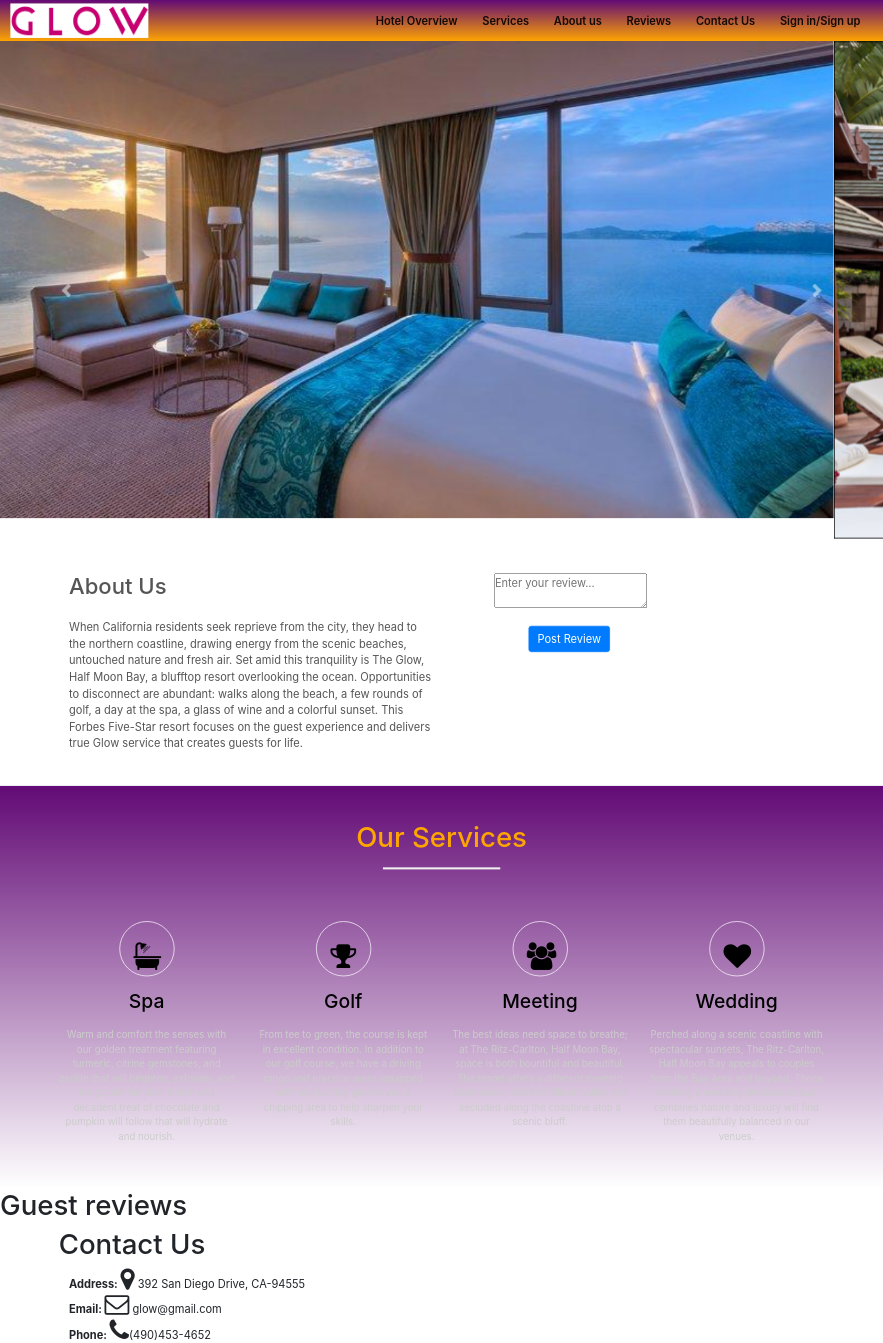
Repository: M-p1998/solo-dojo-project
Page: http://localhost/hotel/WEB-INF/hotel/home.jsp
The author's editor kept a copy of each file at every save. The page is drawn from the files as they stood at one save, then again after the next save.
The browser window is 1280 px wide. The pictures show the whole page, at 69% of full size.
Backgrounds fixed to the window are drawn as part of the page. Some web libraries are served in a nearby version. The page is served by Tomcat 9. Nobody is signed in. The template is opened directly, without the code that normally fills it, so the values that code supplies are empty.

Above is the page before, as saved 2022-02-13 18:08:34.

After the next save:
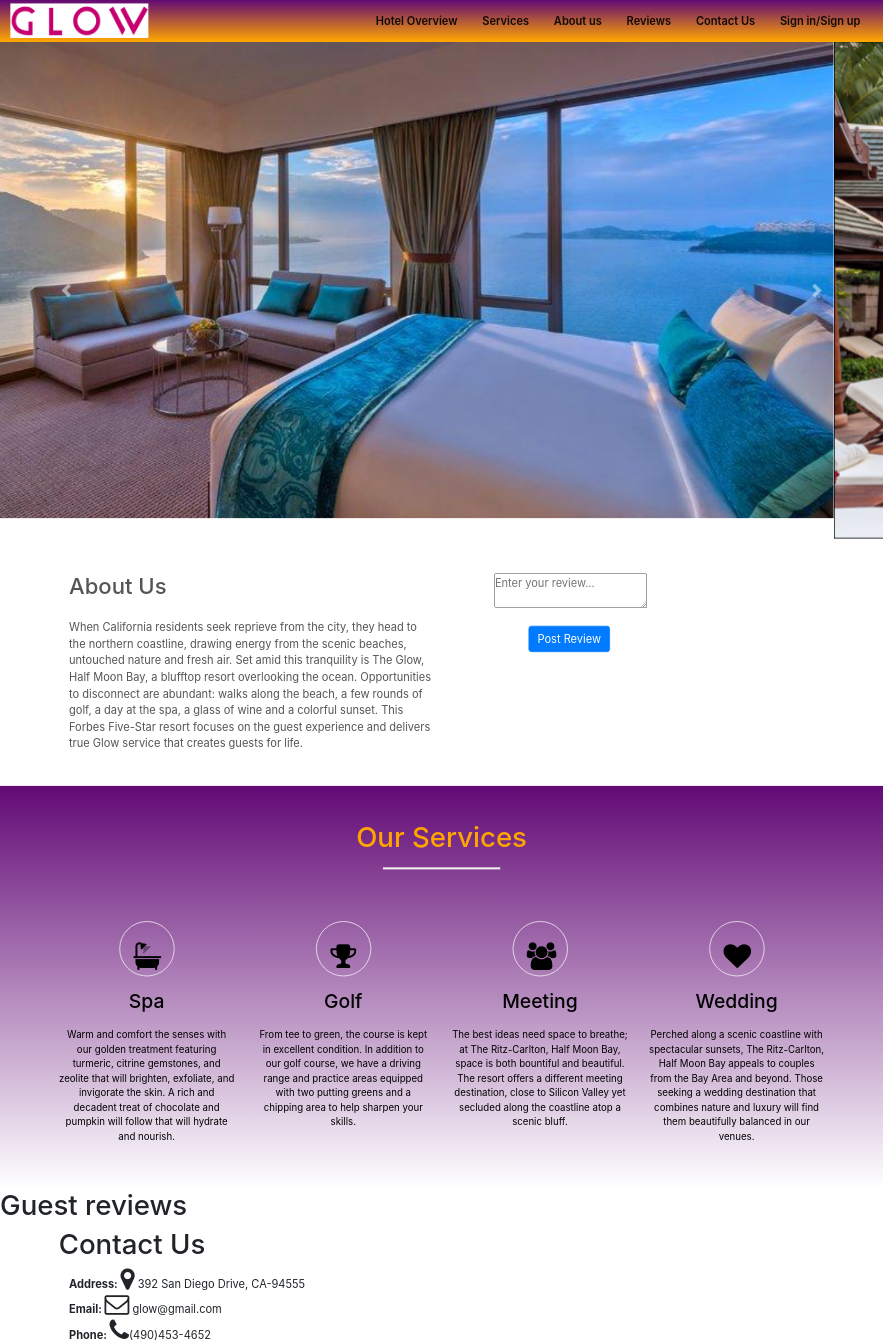
Saved 37 s later.
--- a/hotel/src/main/webapp/css/home.css
+++ b/hotel/src/main/webapp/css/home.css
@@ -108,7 +108,7 @@ body{
 #services p{
 	font-size: 14px;
 	margin-top: 20px;
-	color: #ccc;
+
 }
 
 /* .skills-bar p{
